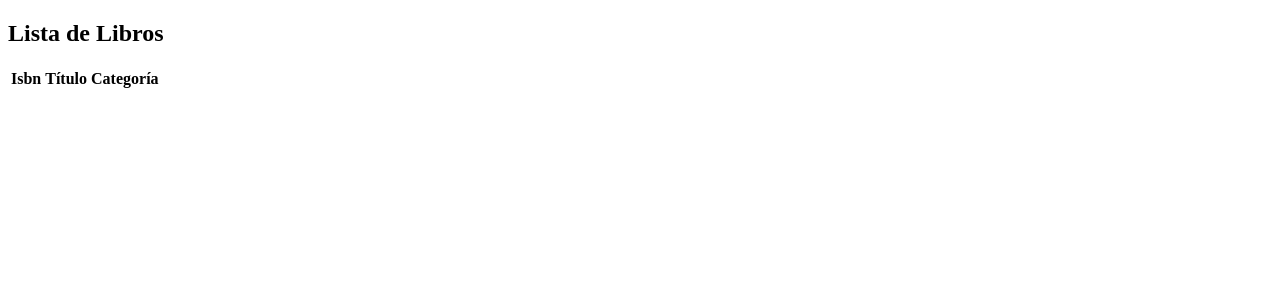
Repository: viorelrosu/spring
Page: http://localhost/Clase/libro/r
The author's editor kept a copy of each file at every save. The page is drawn from the files as they stood at one save, then again after the next save.
The browser window is 1280 px wide. The pictures show the whole page.
The page is served by Tomcat 9.

Above is the page before, as saved 2021-01-20 15:09:37.

After the next save:
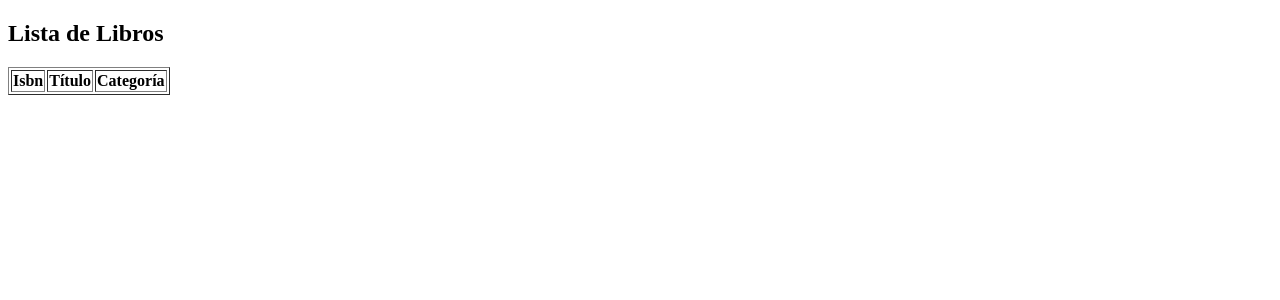
Saved 56 s later.
--- a/Clase/WebContent/views/libro/read.jsp
+++ b/Clase/WebContent/views/libro/read.jsp
@@ -1,5 +1,6 @@
 <%@ page language="java" contentType="text/html; charset=UTF-8"
     pageEncoding="UTF-8"%>
+<%@ taglib prefix="c" uri="http://java.sun.com/jsp/jstl/core" %>
 <!DOCTYPE html>
 <html>
 <head>
@@ -8,7 +9,7 @@
 </head>
 <body>
 	<h2>Lista de Libros</h2>
-	<table>
+	<table border="1">
 		<tr>
 			<th>Isbn</th>
 			<th>Título</th>
